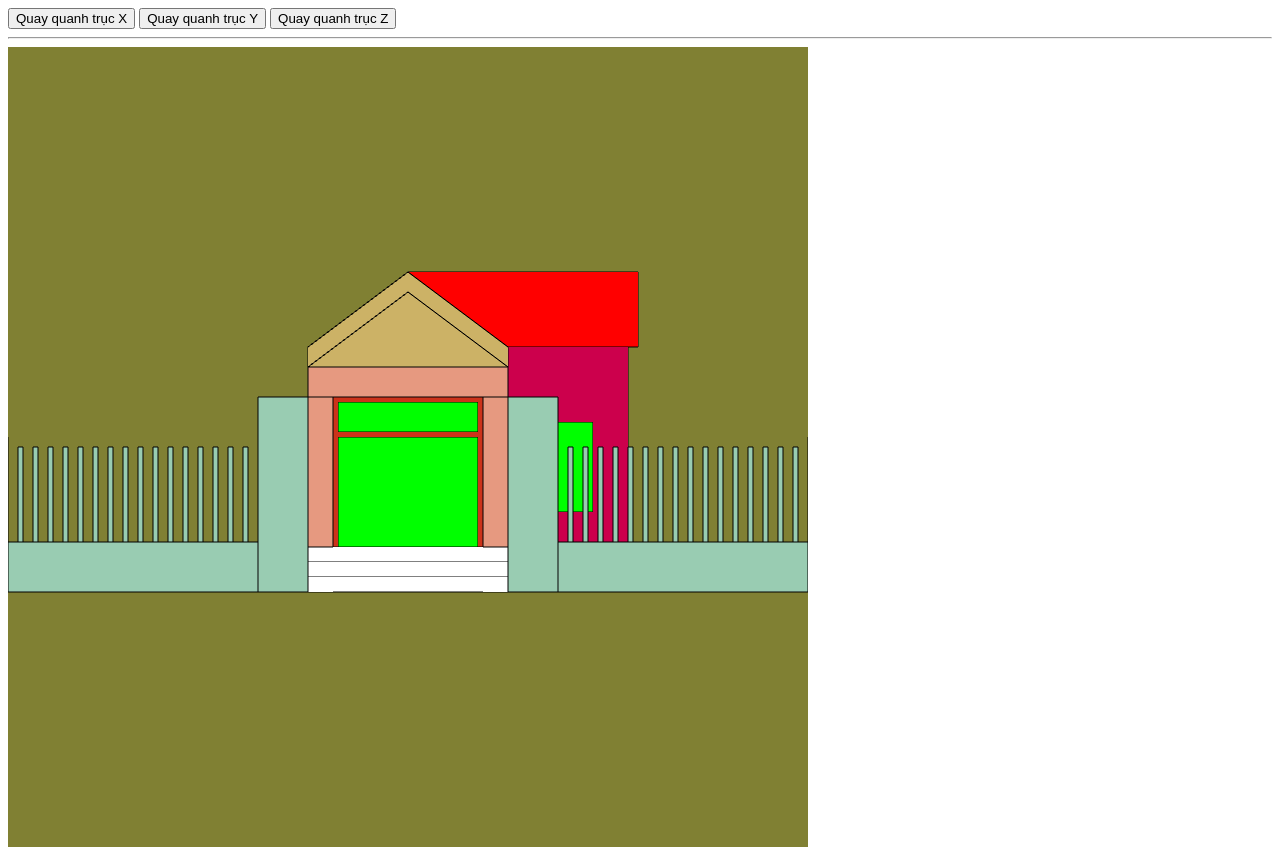
Repository: JoinGame-A36664/Build-House-WebGL
Page: index.html
An editor plug-in stored every save of this project. The page is shown before and after a run of saves, followed by the edit.
The browser window is 1280 px wide. The pictures show the whole page.

Above is the page before, as saved 2021-10-24 23:32:41.
Console error: ReferenceError: program is not defined

After the next 2 saves:
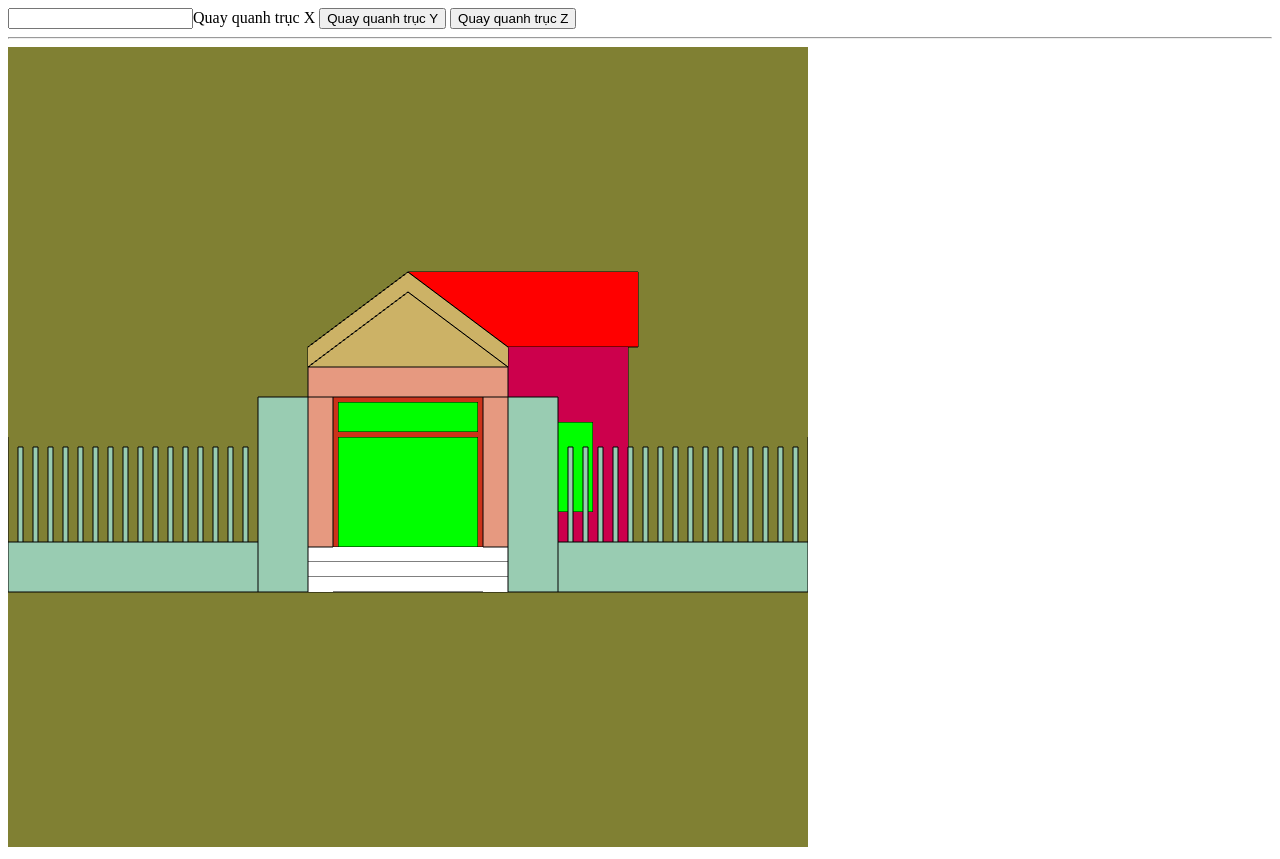
The 2 saves are shown as one change because they came seconds apart.
The last was saved 23 s later.
--- a/index.html
+++ b/index.html
@@ -68,7 +68,7 @@
 	<script type="text/javascript" src="Bietthu1.js"></script>
 
 	<body>
-		<button id="angle_x">Quay quanh trục X</button>
+		<input  id="angle_x">Quay quanh trục X</input>
 		<button id="angle_y">Quay quanh trục Y</button>
 		<button id="angle_z">Quay quanh trục Z</button>
 
